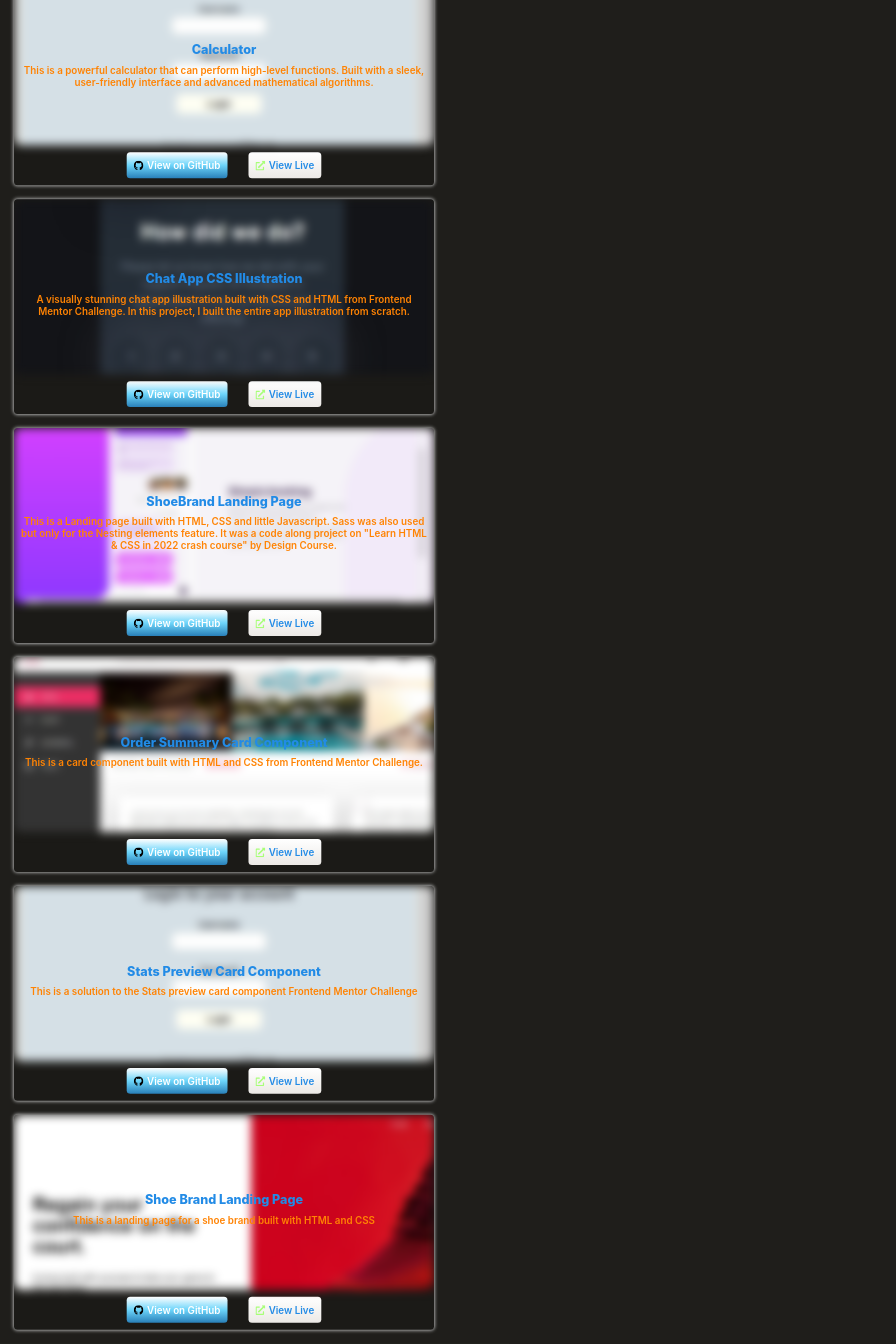
Repository: MikkyPrestige/portfolio
Page: /projects
These files come from the project's save history. The page is drawn as it stood at one moment and after the next save; the edit follows.
The browser window is 1280 px wide. The pictures show the part of the page from y = 2431 to 4351 px (the page is 4351 px tall), at 70% of full size.
The project was rebuilt for these pictures with package versions that can differ from the ones it lists, and the page was loaded fresh each time. Also part of the build but not shown: src/components/avatar.jsx, src/components/home.jsx, src/components/about.jsx, src/components/fallback.jsx.

Above is the page before, as saved 2023-02-21 20:39:39.

### public/index.html
<!DOCTYPE html>
<html lang="en">
  <head>
    <meta charset="utf-8" />
    <link rel="icon" href="%PUBLIC_URL%/favicon.ico" />
    <meta name="viewport" content="width=device-width, initial-scale=1" />
    <meta name="theme-color" content="#000000" />
    <meta
      name="description"
      content="Web site created using create-react-app"
    />
    <link rel="apple-touch-icon" href="%PUBLIC_URL%/logo192.png" />
    <!--
      manifest.json provides metadata used when your web app is installed on a
      user's mobile device or desktop. See https://developers.google.com/web/fundamentals/web-app-manifest/
    -->
    <link rel="manifest" href="%PUBLIC_URL%/manifest.json" />
    <!--
      Notice the use of %PUBLIC_URL% in the tags above.
      It will be replaced with the URL of the `public` folder during the build.
      Only files inside the `public` folder can be referenced from the HTML.

      Unlike "/favicon.ico" or "favicon.ico", "%PUBLIC_URL%/favicon.ico" will
      work correctly both with client-side routing and a non-root public URL.
      Learn how to configure a non-root public URL by running `npm run build`.
    -->
    <title>Elue Michael Portfolio</title>
  </head>
  <body>
    <noscript>You need to enable JavaScript to run this app.</noscript>
    <div id="root"></div>
    <!--
      This HTML file is a template.
      If you open it directly in the browser, you will see an empty page.

      You can add webfonts, meta tags, or analytics to this file.
      The build step will place the bundled scripts into the <body> tag.

      To begin the development, run `npm start` or `yarn start`.
      To create a production bundle, use `npm run build` or `yarn build`.
    -->
  </body>
</html>

### src/assets/styles/sass/main.scss
@import 'abstracts/variables';
@import 'base/utilities';
@import 'base/base';
@import 'layouts/header';
@import 'pages/home';
@import 'pages/about';
@import 'pages/projects';
@import 'base/animation';

// @media (prefers-reduced-motion: no-preference) {
//   .App-logo {
//     animation: App-logo-spin infinite 20s linear;
//   }
// }

// @keyframes App-logo-spin {
//   from {
//     transform: rotate(0deg);
//   }
//   to {
//     transform: rotate(360deg);
//   }
// }

### src/components/projects.jsx
import { Link } from "react-router-dom";
import { FaGithub } from "react-icons/fa";
import { FaExternalLinkAlt } from "react-icons/fa";

const Projects = () => {
  return (
    <div className="project">
      <h1 className="project--title">My Works</h1>
      <div className="project--wrapper">
        <div className="project--card">
          <div className="project--card__blur project--card__blur-1"></div>
          <div className="project--card__content">
            <h2 className="project--card__content__title">GitHub Repository App</h2>
            <p className="project--card__content__desc">
            This is a React-based web app that utilizes the GitHub API to showcase a user's repositories. With its sleek and intuitive interface, this app allows users to easily view all of their repositories in one place, including details such as the name, description, and number of stars.
            </p>
          </div>
          <div className="project--card__links">
            <Link
              to={{ pathname: "https://github.com/MeekyBerry/RandomPeopleApp" }}
              target="_blank"
              className="project--card__links__link github-link-bg"
            >
              <FaGithub style={{ color: "#000"}} />
              View on GitHub
            </Link>
            <Link
              to={{ pathname: "https://randompeopleapp.vercel.app" }}
              target="_blank"
              className="project--card__links__link live-link-bg blue-markup"
            >
              <FaExternalLinkAlt style={{ color: "#a8ff78"}} />
              View Live
            </Link>
          </div>
        </div>
        <div className="project--card">
          <div className="project--card__blur project--card__blur-2"></div>
          <div className="project--card__content">
            <h2 className="project--card__content__title">Phonie App</h2>
            <p className="project--card__content__desc">
              The Phonie Project is a web-based application created by the team
              "Phantom_Devz" that determines the telecom carrier based on a
              phone number entered by the user
            </p>
          </div>
          <div className="project--card__links">
            <Link
              to={{
                pathname:
                  "https://github.com/MeekyBerry/Phonie-project-Phantom_Devz",
              }}
              target="_blank"
              className="project--card__links__link github-link-bg"
            >
              <FaGithub style={{ color: "#000"}} />
              View on GitHub
            </Link>
            <Link
              to={{ pathname: "https://phantom-devz-phonie.netlify.app/" }}
              target="_blank"
              className="project--card__links__link live-link-bg blue-markup"
            >
              <FaExternalLinkAlt style={{ color: "#a8ff78"}} />
              View Live
            </Link>
          </div>
        </div>
        <div className="project--card">
          <div className="project--card__blur project--card__blur-3"></div>
          <div className="project--card__content">
            <h2 className="project--card__content__title">
              RandomPeopleApp
            </h2>
            <p className="project--card__content__desc">
            This is a web app that uses firebase authentication and displays
              random people data generated from randomuser API. (built with
              React).
            </p>
          </div>
          <div className="project--card__links">
            <Link
              to={{
                pathname:
                  "https://github.com/MeekyBerry/Frontend-Mentor-challenges/tree/main/chat-app-css-illustration",
              }}
              target="_blank"
              className="project--card__links__link github-link-bg"
            >
              <FaGithub style={{ color: "#000"}} />
              View on GitHub
            </Link>
            <Link
              to={{ pathname: "https://chat-app-css-project.netlify.app/" }}
              target="_blank"
              className="project--card__links__link live-link-bg blue-markup"
            >
              <FaExternalLinkAlt style={{ color: "#a8ff78"}} />
              View Live
            </Link>
          </div>
        </div>
        <div className="project--card">
          <div className="project--card__blur project--card__blur-4"></div>
          <div className="project--card__content">
            <h2 className="project--card__content__title">
              Interactive Rating Component
            </h2>
            <p className="project--card__content__desc">
            An interactive rating component built with HTML, CSS, and JavaScript. This is a small project to practice handling user interactions and updating the DOM.
            </p>
          </div>
          <div className="project--card__links">
            <Link
              to={{
                pathname:
                  "https://github.com/MeekyBerry/Advanced-CSS-Sass-Course-Projects/tree/master/Natours-project",
              }}
              target="_blank"
              className="project--card__links__link github-link-bg"
            >
              <FaGithub style={{ color: "#000"}} />
              View on GitHub
            </Link>
            <Link
              to={{ pathname: "https://natour-landing-page.netlify.app/" }}
              target="_blank"
              className="project--card__links__link live-link-bg blue-markup"
            >
              <FaExternalLinkAlt style={{ color: "#a8ff78"}} />
              View Live
            </Link>
          </div>
        </div>
        <div className="project--card">
          <div className="project--card__blur project--card__blur-5"></div>
          <div className="project--card__content">
            <h2 className="project--card__content__title">
              Natours Landing Page
            </h2>
            <p className="project--card__content__desc">
            This is a landing page for a fictional company called Natours. It
              was built with HTML, CSS and SASS From JONAS SCHMEDTMANN online course.
            </p>
          </div>
          <div className="project--card__links">
            <Link
              to={{
                pathname:
                  "https://github.com/MeekyBerry/exam-project-altschoolafrica",
              }}
              target="_blank"
              className="project--card__links__link github-link-bg"
            >
              <FaGithub style={{ color: "#000"}} />
              View on GitHub
            </Link>
            <Link
              to={{ pathname: "https://github-repos-display.vercel.app/" }}
              target="_blank"
              className="project--card__links__link live-link-bg blue-markup"
            >
              <FaExternalLinkAlt style={{ color: "#a8ff78"}} />
              View Live
            </Link>
          </div>
        </div>
        <div className="project--card">
          <div className="project--card__blur project--card__blur-6"></div>
          <div className="project--card__content">
            <h2 className="project--card__content__title">
              Trillo Landing Page
            </h2>
            <p className="project--card__content__desc">
              This is a landing page for a fictional company called Trillo. It
              was built with HTML, CSS and SASS From JONAS SCHMEDTMANN online course.
            </p>
          </div>
          <div className="project--card__links">
            <Link
              to={{
                pathname:
                  "https://github.com/MeekyBerry/Advanced-CSS-Sass-Course-Projects/tree/master/Trillow-project",
              }}
              target="_blank"
              className="project--card__links__link github-link-bg"
            >
              <FaGithub style={{ color: "#000"}} />
              View on GitHub
            </Link>
            <Link
              to={{
                pathname: "https://fantastic-crostata-3e9a02.netlify.app/",
              }}
              target="_blank"
              className="project--card__links__link live-link-bg blue-markup"
            >
              <FaExternalLinkAlt style={{ color: "#a8ff78"}} />
              View Live
            </Link>
          </div>
        </div>
        <div className="project--card">
          <div className="project--card__blur project--card__blur-7"></div>
          <div className="project--card__content">
            <h2 className="project--card__content__title">
              Phony Authentication
            </h2>
            <p className="project--card__content__desc">
              This is a simple authentication app built with React and Firebase.
            </p>
          </div>
          <div className="project--card__links">
            <Link
              to={{
                pathname:
                  "https://github.com/MeekyBerry/fake-user-authentication",
              }}
              target="_blank"
              className="project--card__links__link github-link-bg"
            >
              <FaGithub style={{ color: "#000"}} />
              View on GitHub
            </Link>
            <Link
              to={{ pathname: "https://fake-auth.vercel.app/" }}
              target="_blank"
              className="project--card__links__link live-link-bg blue-markup"
            >
              <FaExternalLinkAlt style={{ color: "#a8ff78"}} />
              View Live
            </Link>
          </div>
        </div>
        <div className="project--card">
          <div className="project--card__blur project--card__blur-8"></div>
          <div className="project--card__content">
            <h2 className="project--card__content__title">Calculator</h2>
            <p className="project--card__content__desc">
            This is a powerful calculator that can perform high-level functions. Built with a sleek, user-friendly interface and advanced mathematical algorithms.
            </p>
          </div>
          <div className="project--card__links">
            <Link
              to={{ pathname: "https://github.com/MeekyBerry/calculator" }}
              target="_blank"
              className="project--card__links__link github-link-bg"
            >
              <FaGithub style={{ color: "#000"}} />
              View on GitHub
            </Link>
            <Link
              to={{ pathname: "https://calculator-omega-murex.vercel.app/" }}
              target="_blank"
              className="project--card__links__link live-link-bg blue-markup"
            >
              <FaExternalLinkAlt style={{ color: "#a8ff78"}} />
              View Live
            </Link>
          </div>
        </div>
        <div className="project--card">
          <div className="project--card__blur project--card__blur-9"></div>
          <div className="project--card__content">
            <h2 className="project--card__content__title">
            Chat App CSS Illustration
            </h2>
            <p className="project--card__content__desc">
            A visually stunning chat app illustration built with CSS and HTML from Frontend Mentor Challenge. In this project, I built the entire app illustration from scratch.
            </p>
          </div>
          <div className="project--card__links">
            <Link
              to={{
                pathname:
                  "https://github.com/MeekyBerry/Frontend-Mentor-challenges/tree/main/interactive-rating-component",
              }}
              target="_blank"
              className="project--card__links__link github-link-bg"
            >
              <FaGithub style={{ color: "#000"}} />
              View on GitHub
            </Link>
            <Link
              to={{
                pathname:
                  "https://interactive-ratings-component-project.netlify.app/",
              }}
              target="_blank"
              className="project--card__links__link live-link-bg blue-markup"
            >
              <FaExternalLinkAlt style={{ color: "#a8ff78"}} />
              View Live
            </Link>
          </div>
        </div>
        <div className="project--card">
          <div className="project--card__blur project--card__blur-10"></div>
          <div className="project--card__content">
            <h2 className="project--card__content__title">
              ShoeBrand Landing Page
            </h2>
            <p className="project--card__content__desc">
            This is a Landing page built with HTML, CSS and little Javascript. Sass was also used but only for the Nesting elements feature. It was a code along project on "Learn HTML & CSS in 2022 crash course" by Design Course.
            </p>
          </div>
          <div className="project--card__links">
            <Link
              to={{
                pathname:
                  "https://github.com/MeekyBerry/Frontend-Mentor-challenges/tree/main/fylo-data-store-layout",
              }}
              target="_blank"
              className="project--card__links__link github-link-bg"
            >
              <FaGithub style={{ color: "#000"}} />
              View on GitHub
            </Link>
            <Link
              to={{ pathname: "https://fylo-data-store-layout.netlify.app/" }}
              target="_blank"
              className="project--card__links__link live-link-bg blue-markup"
            >
              <FaExternalLinkAlt style={{ color: "#a8ff78"}} />
              View Live
            </Link>
          </div>
        </div>
        <div className="project--card">
          <div className="project--card__blur project--card__blur-11"></div>
          <div className="project--card__content">
            <h2 className="project--card__content__title">
              Order Summary Card Component
            </h2>
            <p className="project--card__content__desc">
              This is a card component built with HTML and CSS from Frontend Mentor Challenge.
            </p>
          </div>
          <div className="project--card__links">
            <Link
              to={{
                pathname:
                  "https://github.com/MeekyBerry/Frontend-Mentor-challenges/tree/main/order-summary-card-component",
              }}
              target="_blank"
              className="project--card__links__link github-link-bg"
            >
              <FaGithub style={{ color: "#000"}} />
              View on GitHub
            </Link>
            <Link
              to={{
                pathname: "https://order-summary-card-project.netlify.app/",
              }}
              target="_blank"
              className="project--card__links__link live-link-bg blue-markup"
            >
              <FaExternalLinkAlt style={{ color: "#a8ff78"}} />
              View Live
            </Link>
          </div>
        </div>
        <div className="project--card">
          <div className="project--card__blur project--card__blur-13"></div>
          <div className="project--card__content">
            <h2 className="project--card__content__title">
              Stats Preview Card Component
            </h2>
            <p className="project--card__content__desc">
              This is a solution to the Stats preview card component Frontend Mentor Challenge
            </p>
          </div>
          <div className="project--card__links">
            <Link
              to={{
                pathname:
                  "https://github.com/MeekyBerry/Frontend-Mentor-challenges/tree/main/stats-preview-card-compo",
              }}
              target="_blank"
              className="project--card__links__link github-link-bg"
            >
              <FaGithub style={{ color: "#000"}} />
              View on GitHub
            </Link>
            <Link
              to={{
                pathname: "https://stats-preview-card-project.netlify.app/",
              }}
              target="_blank"
              className="project--card__links__link live-link-bg blue-markup"
            >
              <FaExternalLinkAlt style={{ color: "#a8ff78"}} />
              View Live
            </Link>
          </div>
        </div>
        <div className="project--card">
          <div className="project--card__blur project--card__blur-14"></div>
          <div className="project--card__content">
            <h2 className="project--card__content__title">
              Shoe Brand Landing Page
            </h2>
            <p className="project--card__content__desc">
              This is a landing page for a shoe brand built with HTML and CSS
            </p>
          </div>
          <div className="project--card__links">
            <Link
              to={{
                pathname:
                  "https://github.com/MeekyBerry/Shoe-brand-landing-page",
              }}
              target="_blank"
              className="project--card__links__link github-link-bg"
            >
              <FaGithub style={{ color: "#000"}} />
              View on GitHub
            </Link>
            <Link
              to={{ pathname: "https://shoe-brand-landing-page.netlify.app/" }}
              target="_blank"
              className="project--card__links__link live-link-bg blue-markup"
            >
              <FaExternalLinkAlt style={{ color: "#a8ff78"}} />
              View Live
            </Link>
          </div>
        </div>
      </div>
    </div>
  );
};

export default Projects;

### src/assets/styles/sass/base/_utilities.scss
.github-link-bg {
  background: linear-gradient(to top, var(--dark-blue--1), var(--light-blue--2), var(--color--white));
}

.live-link-bg {
  background: linear-gradient(to top, var(--color--white-2), var(--color--white));
}

.blue-markup {
  color: var(--blue-cyan) !important;
}

### src/assets/styles/sass/base/_base.scss
*,
*::after,
*::before {
  margin: 0;
  padding: 0;
  box-sizing: border-box;
}

html {
  font-size: 62.5%;
  font-family: var(--font-family);
  color: var(--color-white);
  background-color: var(--color--bg);
}

::selection {
  background-color: var(--color-primary);
  color: var(--color-white);
}

### src/assets/styles/sass/base/_animation.scss
//  INFINITE HEARTBEAT PAUSE ANIMATION

@keyframes Heartbeat {
  0% {
    transform: scale(1);
    -webkit-transform: scale(1);
    -moz-transform: scale(1);
    -ms-transform: scale(1);
    -o-transform: scale(1);
  }

  50% {
    transform: scale(1.05);
    -webkit-transform: scale(1.05);
    -moz-transform: scale(1.05);
    -ms-transform: scale(1.05);
    -o-transform: scale(1.05);
  }

  100% {
    transform: scale(1);
    -webkit-transform: scale(1);
    -moz-transform: scale(1);
    -ms-transform: scale(1);
    -o-transform: scale(1);
  }
}

Loaded but not shown: src/index.css (common file); src/reportWebVitals.js (common file); src/index.js (21 lines, source omitted); src/App.js (22 lines, source omitted); src/components/layout.jsx (141 lines, source omitted); src/assets/styles/sass/pages/_projects.scss (165 lines, source omitted); src/assets/styles/sass/pages/_about.scss (158 lines, source omitted); src/assets/styles/sass/layouts/_header.scss (111 lines, source omitted); src/assets/styles/sass/abstracts/_variables.scss (67 lines, source omitted); src/assets/styles/sass/pages/home.scss (52 lines, source omitted)

After the next save:
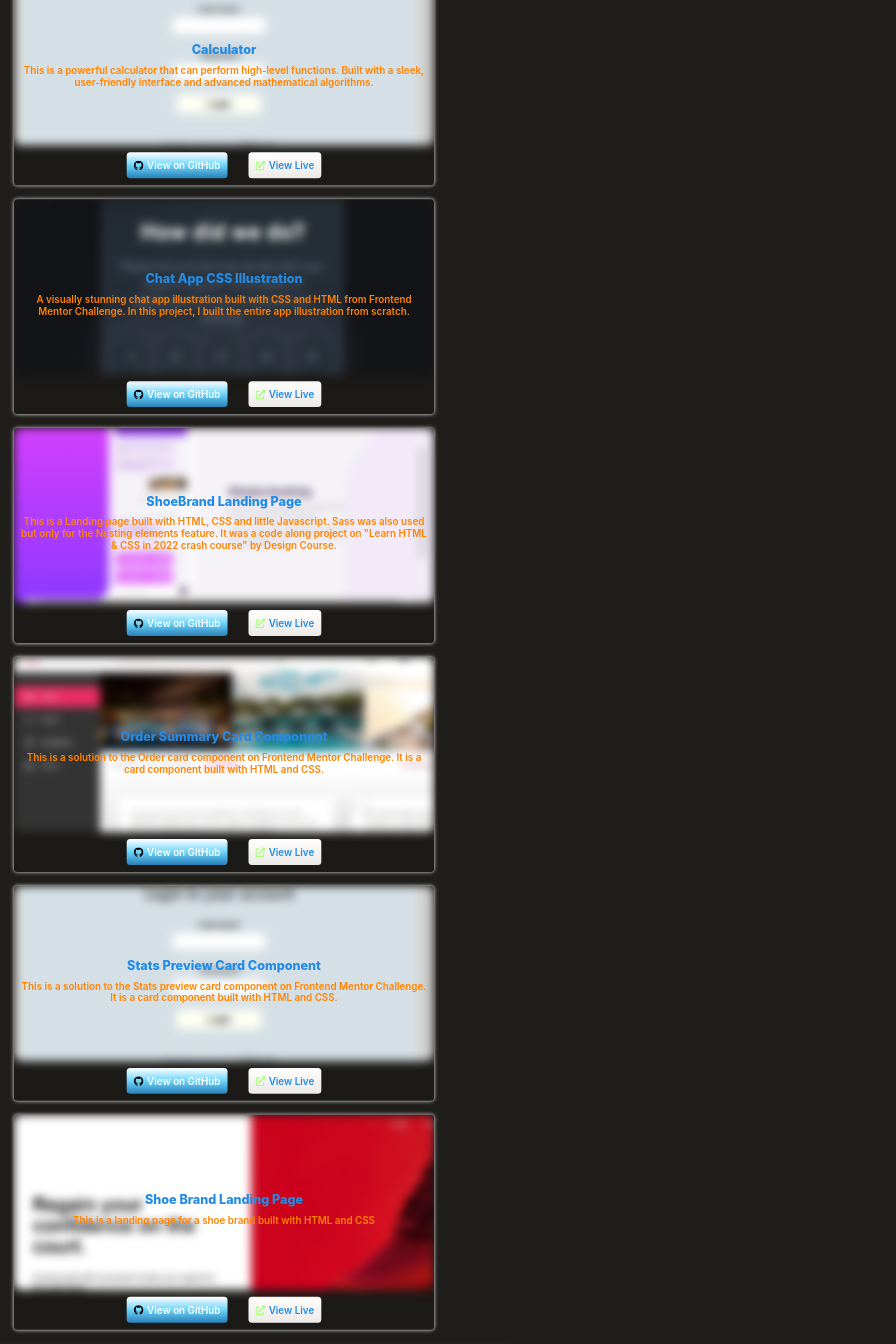
Saved 2 min 40 s later.
--- a/src/components/projects.jsx
+++ b/src/components/projects.jsx
@@ -333,7 +333,7 @@ const Projects = () => {
               Order Summary Card Component
             </h2>
             <p className="project--card__content__desc">
-              This is a card component built with HTML and CSS from Frontend Mentor Challenge.
+            This is a solution to the Order card component on Frontend Mentor Challenge. It is a card component built with HTML and CSS.
             </p>
           </div>
           <div className="project--card__links">
@@ -367,7 +367,7 @@ const Projects = () => {
               Stats Preview Card Component
             </h2>
             <p className="project--card__content__desc">
-              This is a solution to the Stats preview card component Frontend Mentor Challenge
+              This is a solution to the Stats preview card component on Frontend Mentor Challenge. It is a card component built with HTML and CSS.
             </p>
           </div>
           <div className="project--card__links">
